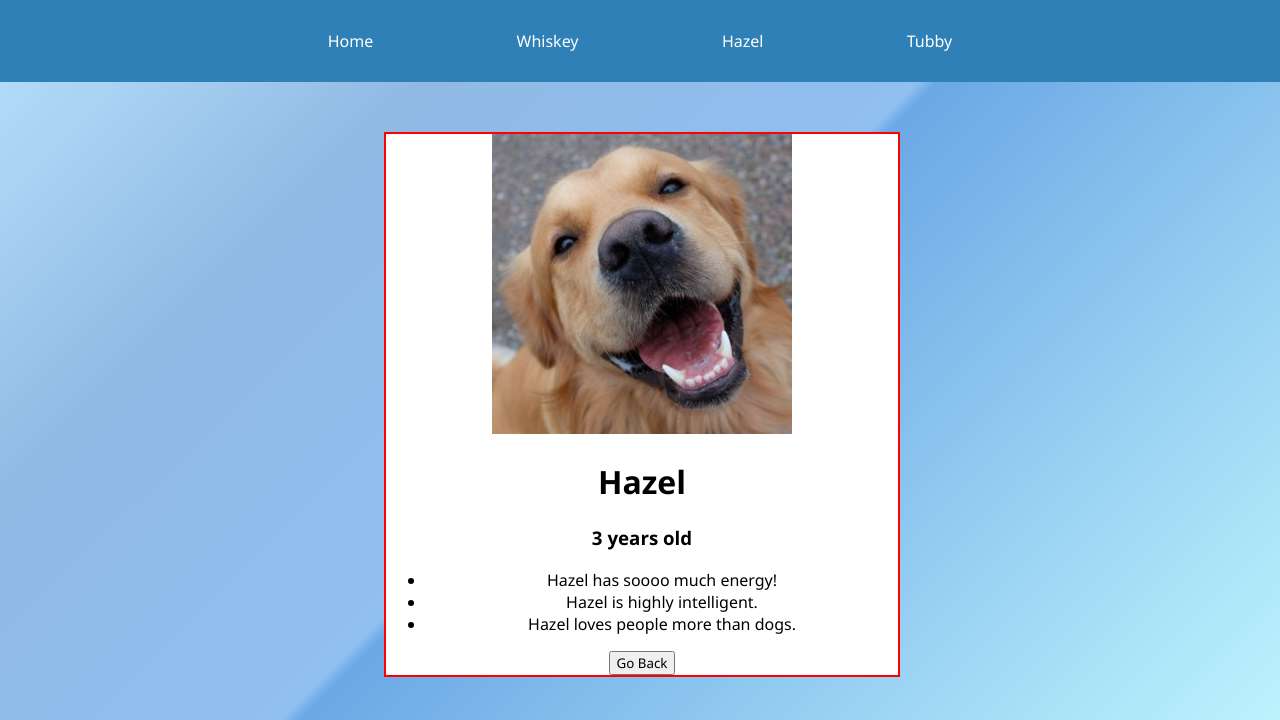
Repository: johnmutina/dog-finder
Page: /dogs/Hazel
An editor plug-in stored every save of this project. The page is shown before and after the next save, followed by the edit.
The browser window is 1280 px wide. The pictures show the whole page.
The project was rebuilt for these pictures with package versions that can differ from the ones it lists, and the page was loaded fresh each time. Also part of the build but not shown: src/DogFinder.css, src/DogFinder.js.

Above is the page before, as saved 2019-07-28 15:31:42.

### src/App.js
import React, { Component } from "react";
import { Switch, Route, NavLink, Redirect } from "react-router-dom";
import DogFinder from "./DogFinder";
import Dog from "./Dog";
import "./App.css";

// Import all images in image folder
function importAll(r) {
  let images = {};
  r.keys().map((item, index) => {
    images[item.replace("./", "")] = r(item);
  });
  return images;
}

const images = importAll(
  require.context("./assets", false, /\.(gif|jpe?g|svg)$/)
);

class App extends Component {
  static defaultProps = {
    dogs: [
      {
        name: "Whiskey",
        age: 5,
        src: images["whiskey.jpg"],
        facts: [
          "Whiskey loves eating popcorn.",
          "Whiskey is a terrible guard dog.",
          "Whiskey wants to cuddle with you!"
        ]
      },
      {
        name: "Hazel",
        age: 3,
        src: images["hazel.jpg"],
        facts: [
          "Hazel has soooo much energy!",
          "Hazel is highly intelligent.",
          "Hazel loves people more than dogs."
        ]
      },
      {
        name: "Tubby",
        age: 4,
        src: images["tubby.jpg"],
        facts: [
          "Tubby is not the brightest dog",
          "Tubby does not like walks or exercise.",
          "Tubby loves eating food."
        ]
      }
    ]
  };

  render() {
    return (
      <div className="App">
        {/* NAVBAR */}
        <div className="App-navbar">
          <NavLink to="/dogs" activeClassName="App-active-navlink">
            Home
          </NavLink>
          {this.props.dogs.map(dog => (
            <NavLink
              key={dog.name}
              to={`/dogs/${dog.name}`}
              activeClassName="App-active-navlink"
            >
              {dog.name}
            </NavLink>
          ))}
        </div>

        {/* ROUTES SETUP */}

        <Switch>
          <Route
            exact
            path="/dogs"
            render={routeProps => (
              <DogFinder dogs={this.props.dogs} {...routeProps} />
            )}
          />
          <Route
            exact
            path="/dogs/:name"
            render={routeProps => (
              <Dog
                {...this.props.dogs.filter(
                  dog => dog.name == routeProps.match.params.name
                )[0]}
                {...routeProps}
              />
            )}
          />
          <Route render={() => <Redirect to="/dogs" />} />
        </Switch>
      </div>
    );
  }
}

export default App;

### src/Dog.js
import React, { Component } from "react";
import "./Dog.css";

class Dog extends Component {
  render() {
    return (
      <div className="Dog">
        <img src={this.props.src} alt={`${this.props.name}`} />
        <h1>{this.props.name}</h1>
        <h3>{this.props.age} years old</h3>
        <ul>
          {this.props.facts.map(fact => (
            <li>{fact}</li>
          ))}
        </ul>
        <button onClick={this.props.history.goBack}>Go Back</button>
      </div>
    );
  }
}

export default Dog;

### src/App.css
* {
  font-family: "Segoe UI", Tahoma, Geneva, Verdana, sans-serif;
}

.App {
  min-height: 100vh;
  text-align: center;
  background: #b8e1fc; /* Old browsers */
  background: -moz-linear-gradient(
    -45deg,
    #b8e1fc 0%,
    #a9d2f3 10%,
    #90bae4 25%,
    #90bcea 37%,
    #90bff0 50%,
    #6ba8e5 51%,
    #a2daf5 83%,
    #bdf3fd 100%
  ); /* FF3.6-15 */
  background: -webkit-linear-gradient(
    -45deg,
    #b8e1fc 0%,
    #a9d2f3 10%,
    #90bae4 25%,
    #90bcea 37%,
    #90bff0 50%,
    #6ba8e5 51%,
    #a2daf5 83%,
    #bdf3fd 100%
  ); /* Chrome10-25,Safari5.1-6 */
  background: linear-gradient(
    135deg,
    #b8e1fc 0%,
    #a9d2f3 10%,
    #90bae4 25%,
    #90bcea 37%,
    #90bff0 50%,
    #6ba8e5 51%,
    #a2daf5 83%,
    #bdf3fd 100%
  ); /* W3C, IE10+, FF16+, Chrome26+, Opera12+, Safari7+ */
  filter: progid:DXImageTransform.Microsoft.gradient( startColorstr='#b8e1fc', endColorstr='#bdf3fd',GradientType=1 ); /* IE6-9 fallback on horizontal gradient */
}
.App-navbar {
  display: flex;
  background-color: #2e80b6;
  justify-content: space-around;
  padding: 30px 20%;
}

.App-navbar > * {
  color: white;
  text-decoration: none;
  text-transform: capitalize;
}

.App-navbar > *:hover {
  text-decoration: underline;
  font-weight: bolder;
}

### src/Dog.css
.Dog {
  border: 2px solid red;
  width: 40%;
  margin: 50px 30% 0 30%;
  background: white;
}

Loaded but not shown: public/index.html (common file); src/index.js (common file); src/index.css (common file); src/serviceWorker.js (common file)

After the next save:
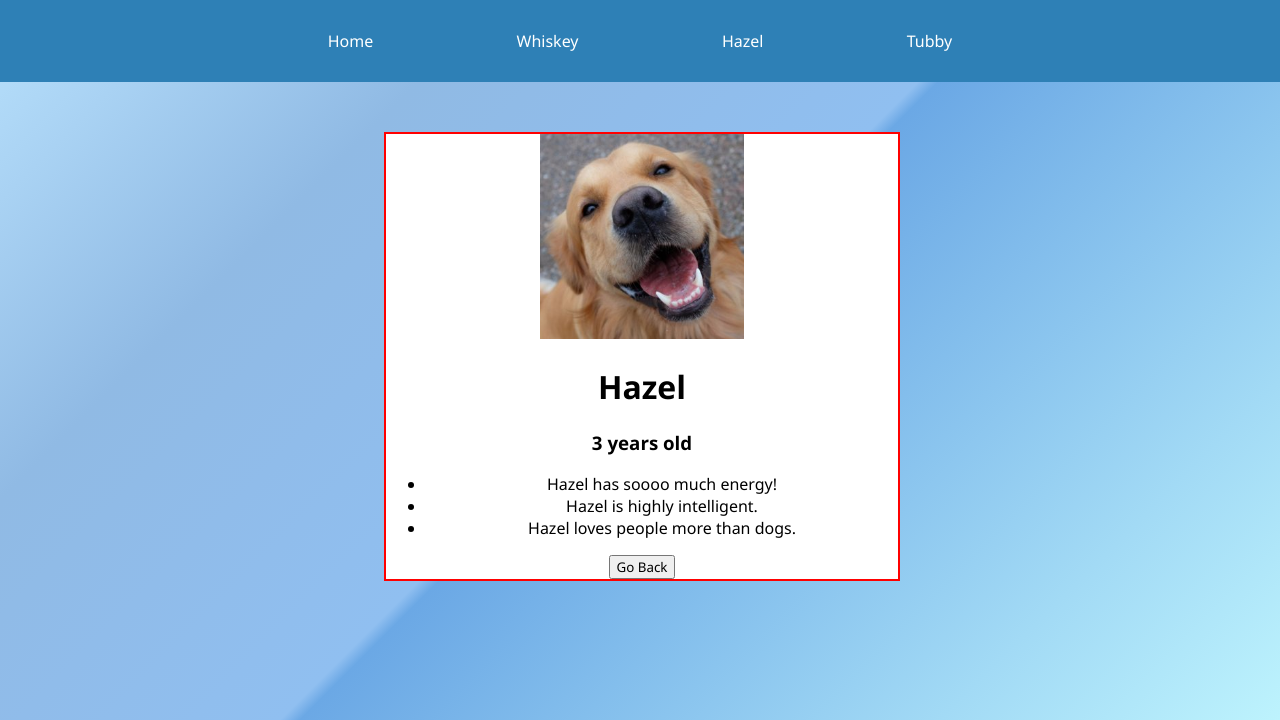
Saved 24 s later.
--- a/src/Dog.css
+++ b/src/Dog.css
@@ -4,3 +4,7 @@
   margin: 50px 30% 0 30%;
   background: white;
 }
+
+.Dog img {
+  max-width: 40%;
+}

After the save that followed:
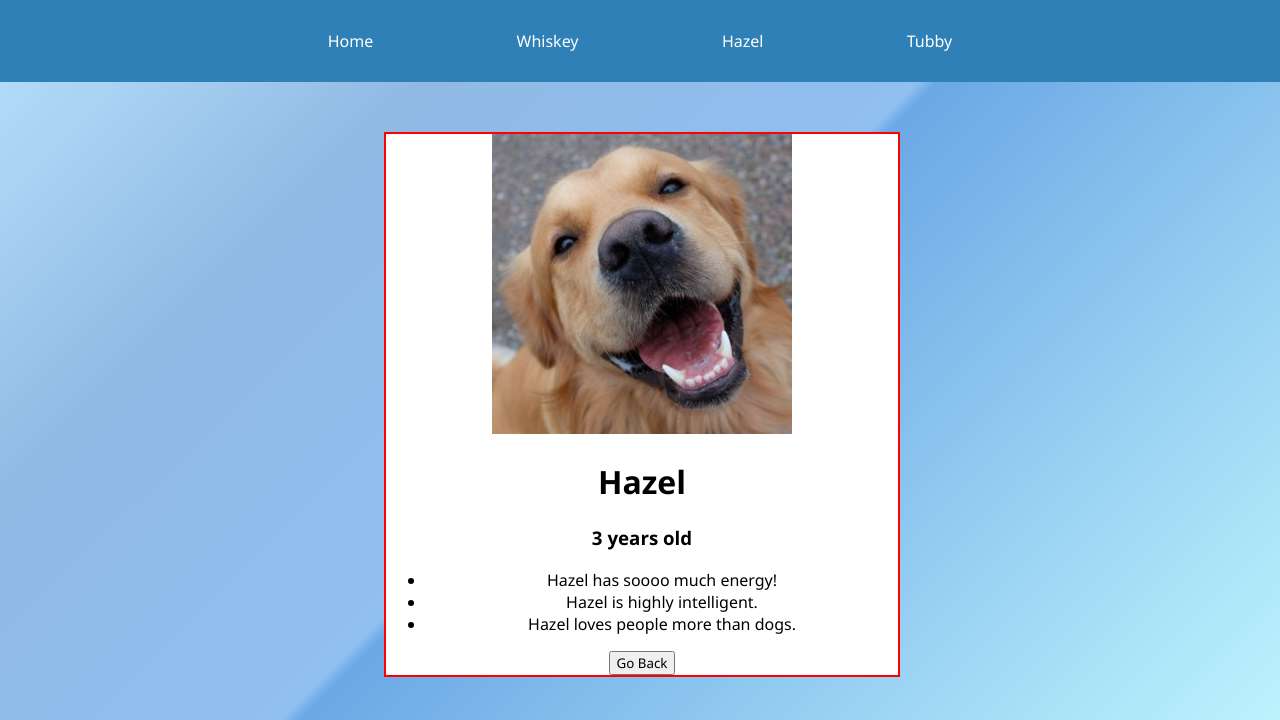
Saved 5 s later.
--- a/src/Dog.css
+++ b/src/Dog.css
@@ -6,5 +6,5 @@
 }
 
 .Dog img {
-  max-width: 40%;
+  max-width: 100%;
 }
